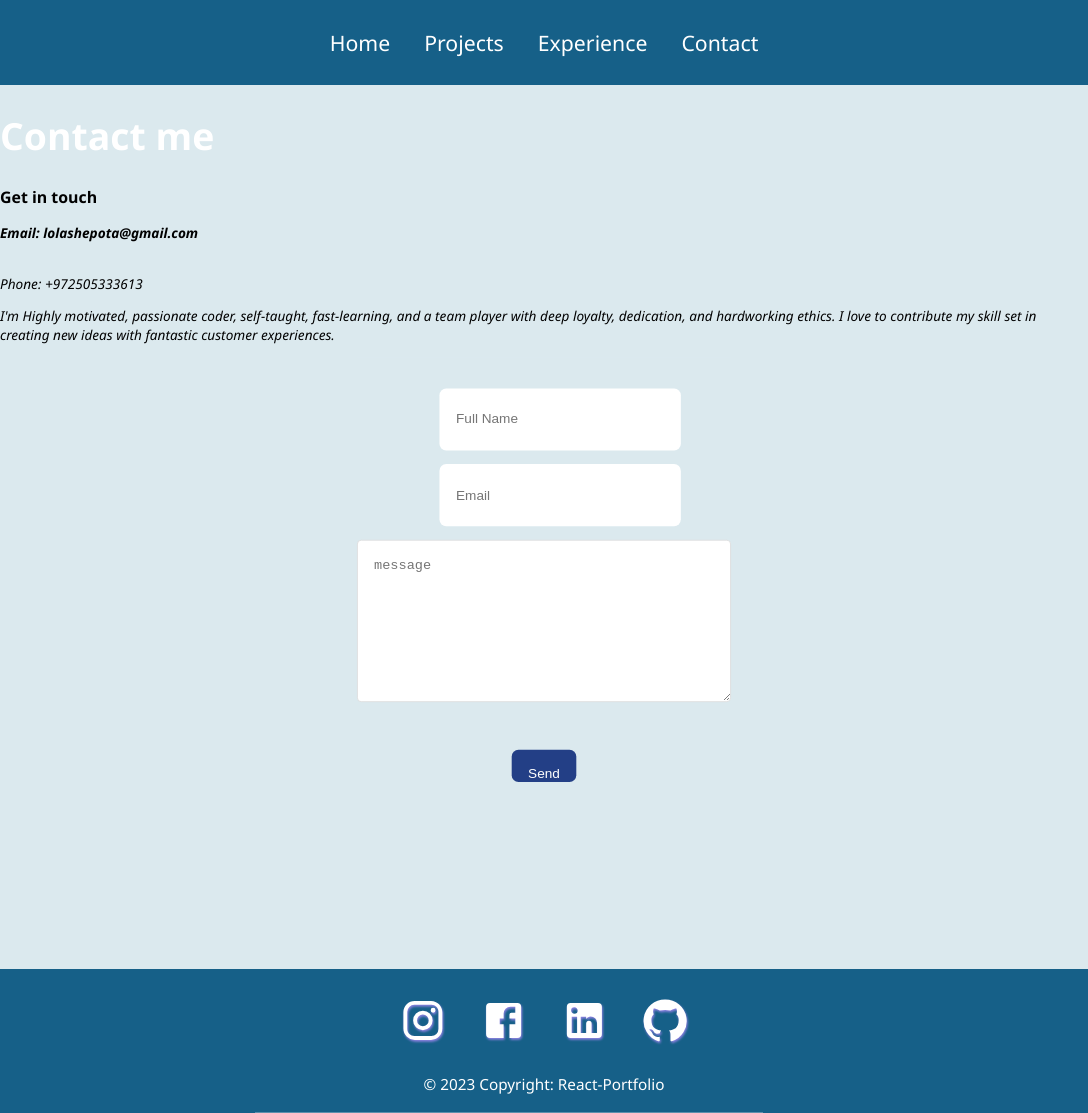
Repository: LolaSL/react-portfolio
Page: /contact
The author's editor kept a copy of each file at every save. The page is drawn from the files as they stood at one save, then again after a run of saves.
The browser window is 1280 px wide. The pictures show the whole page, at 85% of full size.
The project was rebuilt for these pictures with package versions that can differ from the ones it lists, and the page was loaded fresh each time. Also part of the build but not shown: src/pages/Home/Style.css, src/pages/Home/Home.jsx, src/components/ProjectItem/Style.css, src/components/ProjectItem/ProjectItem.jsx, src/helpers/ProjectList.js, src/pages/Projects/Style.css, src/pages/Projects/Projects.jsx, src/pages/Experience/Style.css and 2 more.

Above is the page before, as saved 2023-09-27 17:48:01.

After the next 3 saves:
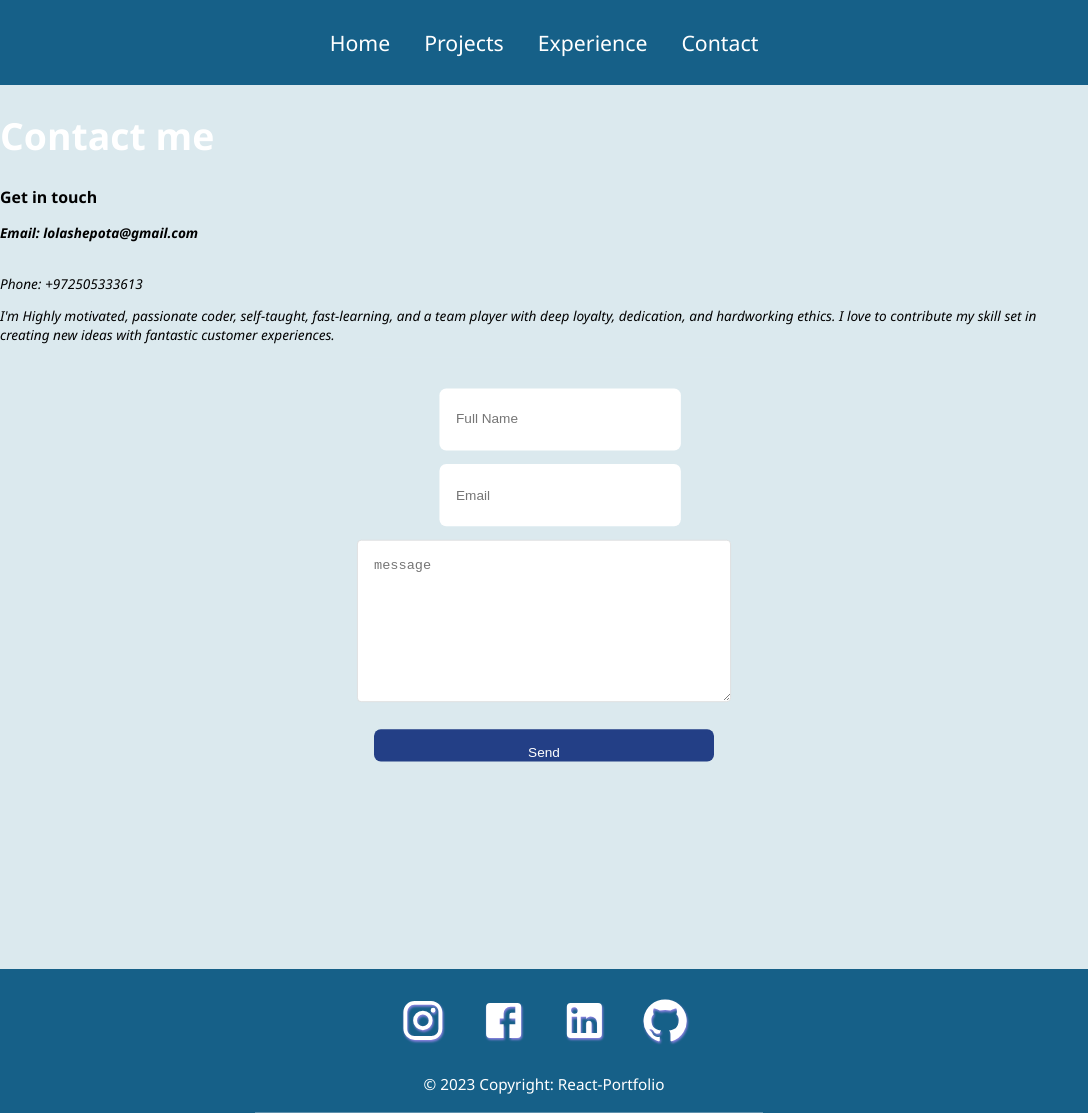
The 3 saves are shown as one change because they came seconds apart.
The last was saved 9 s later.
--- a/src/pages/Contact/Contact.jsx
+++ b/src/pages/Contact/Contact.jsx
@@ -22,7 +22,7 @@ const ContactForm = () => {
   };
   return (
     <Container>
-      <Row className="mb-5 m">
+      <Row>
         <Col>
           {" "}
           <h1 className="display-4 mb-4">Contact me</h1>
@@ -66,11 +66,11 @@ const ContactForm = () => {
                 className="form-control rounded-0"
                 placeholder="message"
               />
-
+              <input type="submit" value="Send" disabled={true} />
             <br />
             <Row>
               <Col lg="12" className="form-group">
-                 <input type="submit" className="btn" value="Send" disabled={true} />
+
               </Col>
             </Row>
           </form>
